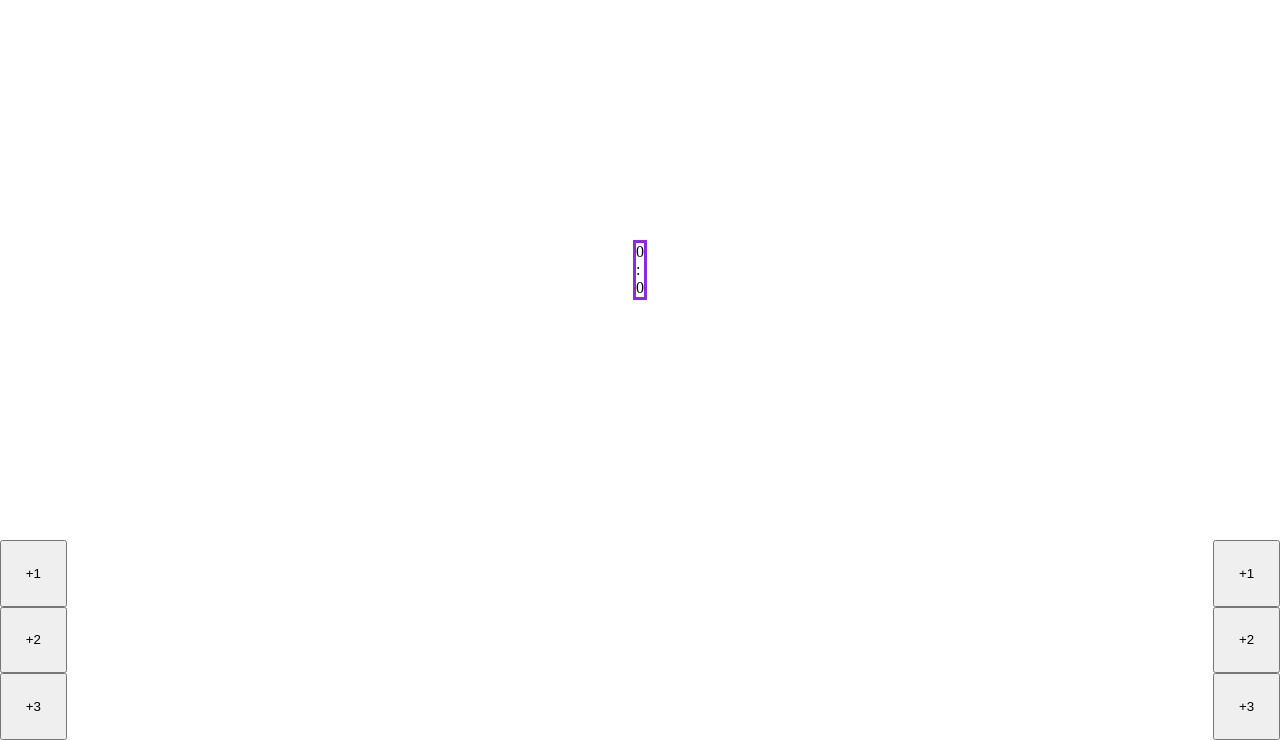
Repository: bollo89/scoreBoard
Page: index.html
These files come from the project's save history. The page is drawn as it stood at one moment and after the next save; the edit follows.
The browser window is 1280 px wide. The pictures show the whole page.

Above is the page before, as saved 2022-01-25 11:15:19.

After the next save:
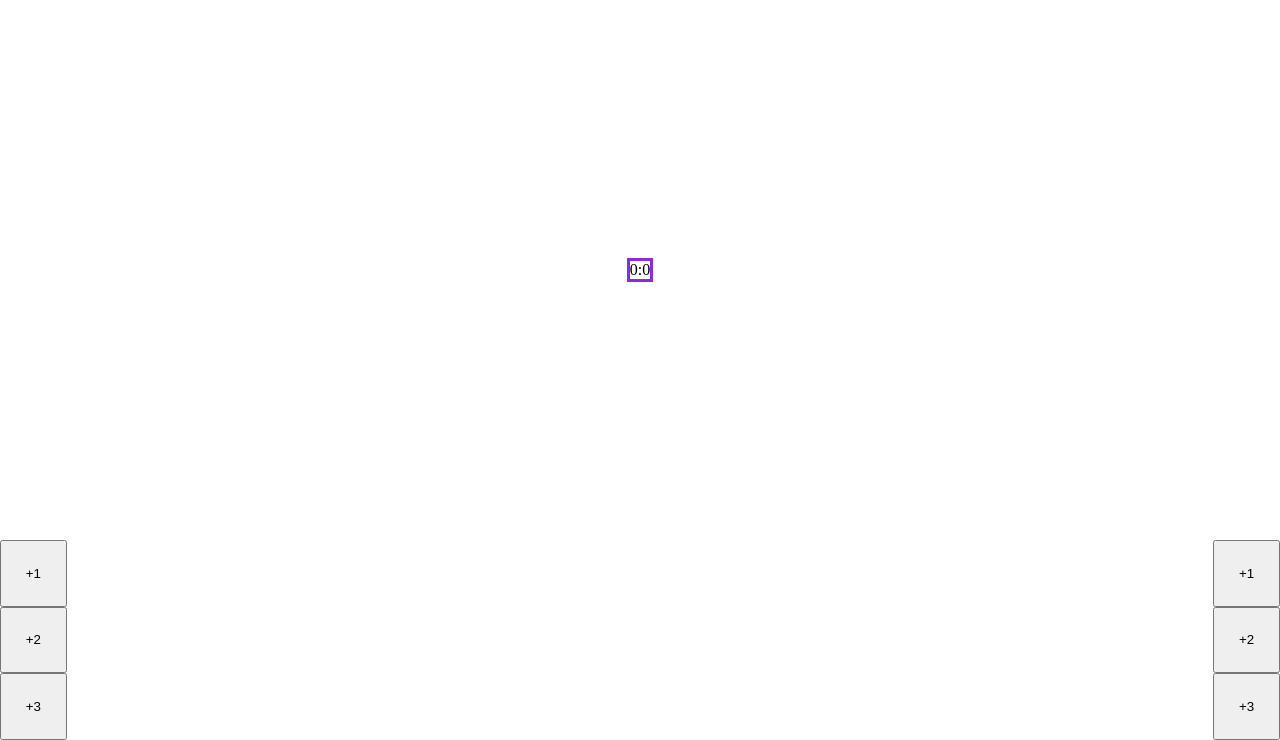
Saved 2 min 35 s later.
--- a/style.css
+++ b/style.css
@@ -11,6 +11,8 @@
 }
 
 .wynik {
+    display: flex;
+    flex-direction: row;
     border: 3px solid blueviolet;
 }
 .timer {
